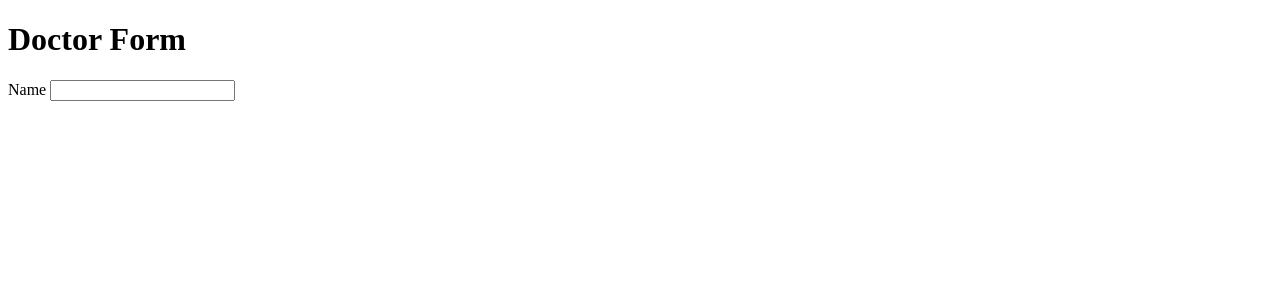
Repository: aayush105/Advance-Java
Page: http://localhost/Doctorpatient/Doctor.jsp
These files come from the project's save history. The page is drawn as it stood at one moment and after the next save; the edit follows.
The browser window is 1280 px wide. The pictures show the whole page.
The page is served by Tomcat 10.

Above is the page before, as saved 2023-07-20 10:35:13.

After the next save:
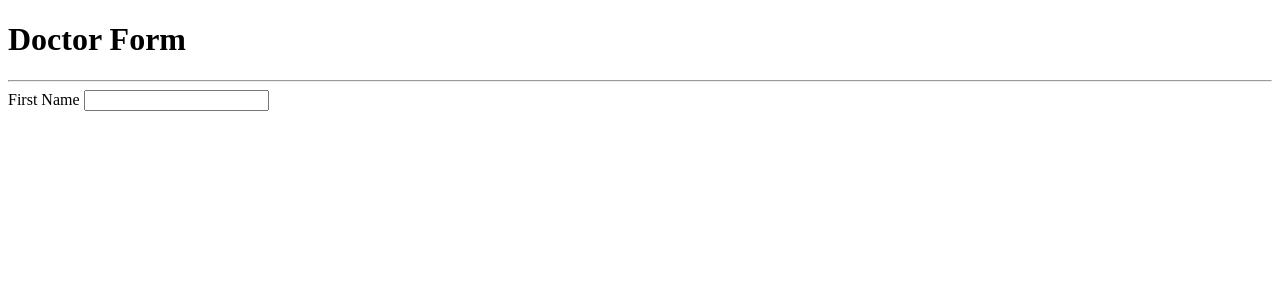
Saved 2 min 24 s later.
--- a/Doctorpatient/src/main/webapp/Doctor.jsp
+++ b/Doctorpatient/src/main/webapp/Doctor.jsp
@@ -8,7 +8,11 @@
 </head>
 <body>
 <h1>Doctor Form</h1>
+<hr>
+<form action="DoctorServlet" method="POST">
 
-Name <input >
+First Name <input type ="text" name ="fname"><br><br>
+
+</form>
 </body>
 </html>
